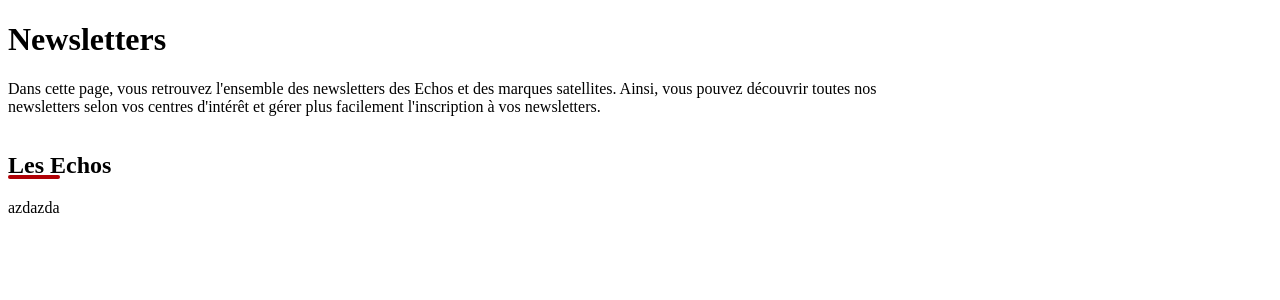
Repository: JeremyBeherec/technical-test-les-echos
Page: /
These files come from the project's save history. The page is drawn as it stood at one moment and after the next save; the edit follows.
The browser window is 1280 px wide. The pictures show the whole page.
The project was rebuilt for these pictures with package versions that can differ from the ones it lists, and the page was loaded fresh each time. Also part of the build but not shown: vite.config.ts.

Above is the page before, as saved 2024-04-17 15:27:38.

### index.html
<!doctype html>
<html lang="en">
  <head>
    <meta charset="UTF-8" />
    <link rel="icon" href="/icon.png" />
    <meta name="viewport" content="width=device-width, initial-scale=1.0" />
    <title>Les Echos Newsletters</title>
  </head>
  <body>
    <div id="root"></div>
    <script type="module" src="/src/main.tsx"></script>
  </body>
</html>

### src/main.tsx
import React from 'react';
import ReactDOM from 'react-dom/client';
import 'tailwindcss/tailwind.css';

import { Router } from './Router.tsx';

ReactDOM.createRoot(document.getElementById('root')!).render(
  <React.StrictMode>
    <Router />
  </React.StrictMode>,
);

### src/Router.tsx
import { BrowserRouter, Routes, Route, Navigate } from 'react-router-dom';

import { Newsletters } from './components/pages/Newsletters';

export const Router = () => {
  return (
    <BrowserRouter>
      <Routes>
        {/** since there is no "home page" in this test, redirect the root path to the newsletters */}
        <Route path="/" element={<Navigate to="/newsletters" />} />
        <Route path="/newsletters" element={<Newsletters />} />
      </Routes>
    </BrowserRouter>
  );
}

### src/components/pages/Newsletters/index.ts
export * from './Newsletters';

### src/components/pages/Newsletters/Newsletters.tsx
import { Header } from './Header';
import './Newsletters.css';

export const Newsletters = () => {
  return (
    <div className="flex justify-center">
      <div className="flex flex-col gap-4 container border border-blue-700 p-4" style={{height: 500}}>
        <Header />

        <section className="flex flex-col">
          <div className="text-with-border">
            <h2 className="text-2xl font-bold uppercase">Les Echos</h2>
          </div>

          <div>azdazda</div>
        </section>
      </div>
    </div>
  );
}

### src/components/pages/Newsletters/Newsletters.css
.container {
  width: 70%;
}

.text-with-border {
  display: inline-block;
  position: relative;
}

.text-with-border * {
  display: inline-block;
  position: relative;
  height: 150%;
}

.text-with-border *::after {
  content: ""; /* Required for pseudo-elements */
  position: absolute; /* Position the pseudo-element relative to its container */
  bottom: 0; /* Position the pseudo-element at the bottom of the paragraph */
  left: 0; /* Align the pseudo-element with the start of the paragraph */
  width: 50%; /* Adjust the width of the border as needed */
  background-color: #b00005; /* Adjust the color of the border as needed */
  height: 4px;
  border-radius: 4px;
}

.title::after {
  content: "";
  background-color: red;
  width: 100%;
  height: 14;
  position: 'absolute';
  left: 0;
}

### src/components/pages/Newsletters/Header/Header.tsx
export const Header = () => {
  return (
    <header className="bg-gray-100 text-center py-6 px-4 rounded-lg">
      <h1 className="text-3xl font-bold uppercase mb-4">Newsletters</h1>

      <p>Dans cette page, vous retrouvez l'ensemble des newsletters des Echos et des marques satellites. Ainsi, vous pouvez découvrir toutes nos newsletters selon vos centres d'intérêt et gérer plus facilement l'inscription à vos newsletters.</p>
    </header>
  );
}

Loaded but not shown: src/components/pages/Newsletters/Header/index.ts (common file)

After the next save:
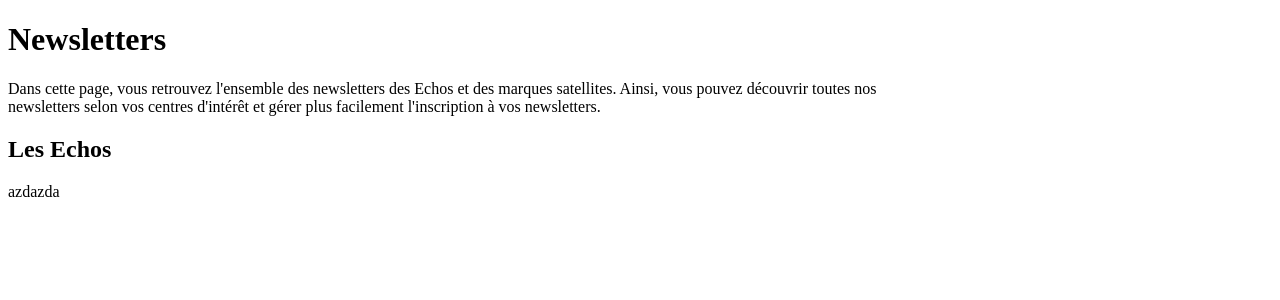
Saved 15 s later.
--- a/src/components/pages/Newsletters/Newsletters.tsx
+++ b/src/components/pages/Newsletters/Newsletters.tsx
@@ -8,9 +8,7 @@
         <Header />
 
         <section className="flex flex-col">
-          <div className="text-with-border">
-            <h2 className="text-2xl font-bold uppercase">Les Echos</h2>
-          </div>
+          <h2 className="text-2xl font-bold uppercase">Les Echos</h2>
 
           <div>azdazda</div>
         </section>
